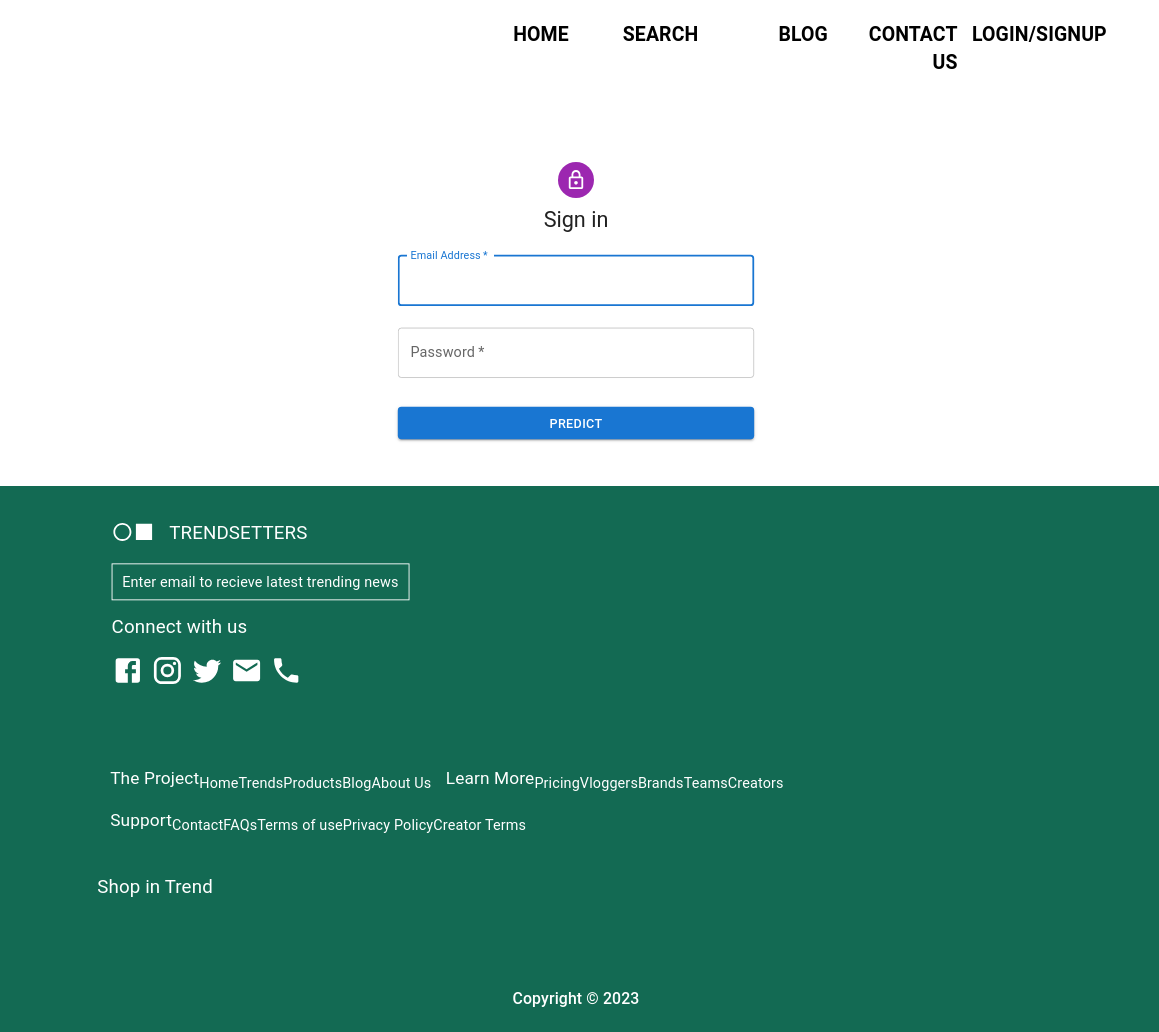
Repository: PRACHIP09/TRINIT_PICO-ZEN_DEV03
Page: /submitform
The author's editor kept a copy of each file at every save. The page is drawn from the files as they stood at one save, then again after the next save.
The browser window is 1280 px wide. The page is 1288 px wide, so the pictures cover 1288 px, including what lies to the right of the window. The pictures show the whole page, at 90% of full size.
Pictures or frames that could not be fetched are drawn as grey boxes. Some web fonts or font styles are not loaded; a fallback is used. The project was rebuilt for these pictures with package versions that can differ from the ones it lists, and the page was loaded fresh each time. Some packages were replaced by stand-ins written for this rebuild. Also part of the build but not shown: src/App.css, src/Pages/Login.jsx, src/Pages/HomePage.jsx, src/Pages/Signup.jsx, src/Pages/Contact.jsx, src/Components/ChatBot/Chatbot.jsx, src/Components/ChatBot/Footer.jsx, src/Components/Farmernavbar/Mobilenavbar.jsx and 29 more.

Above is the page before, as saved 2023-02-11 19:29:24.

After the next save:
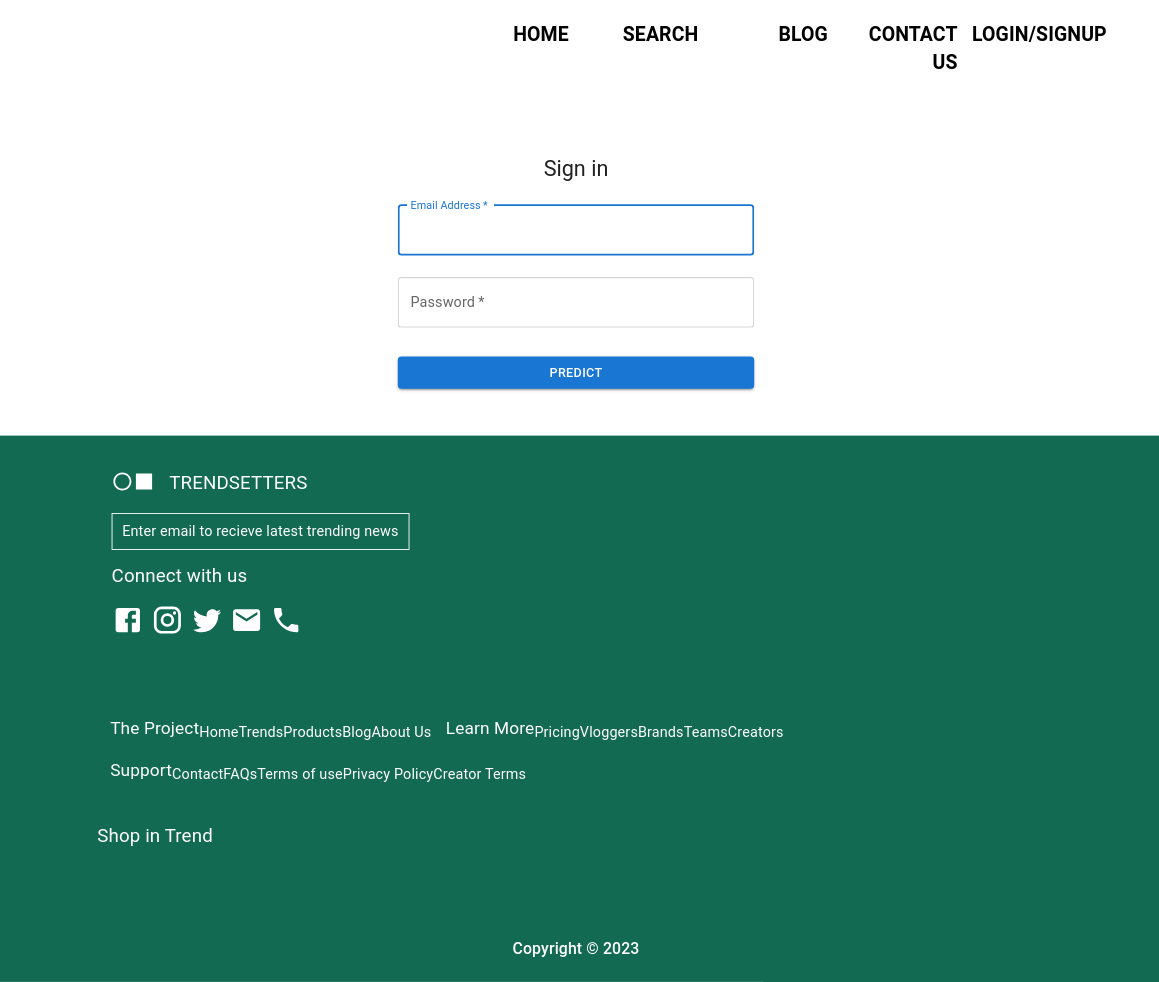
Saved 16 s later.
--- a/src/Pages/Farmers/SubmitForm.jsx
+++ b/src/Pages/Farmers/SubmitForm.jsx
@@ -38,9 +38,7 @@ export default function SignIn() {
             alignItems: 'center',
           }}
         >
-          <Avatar sx={{ m: 1, bgcolor: 'secondary.main' }}>
-            <LockOutlinedIcon />
-          </Avatar>
+
           <Typography component="h1" variant="h5">
             Sign in
           </Typography>
